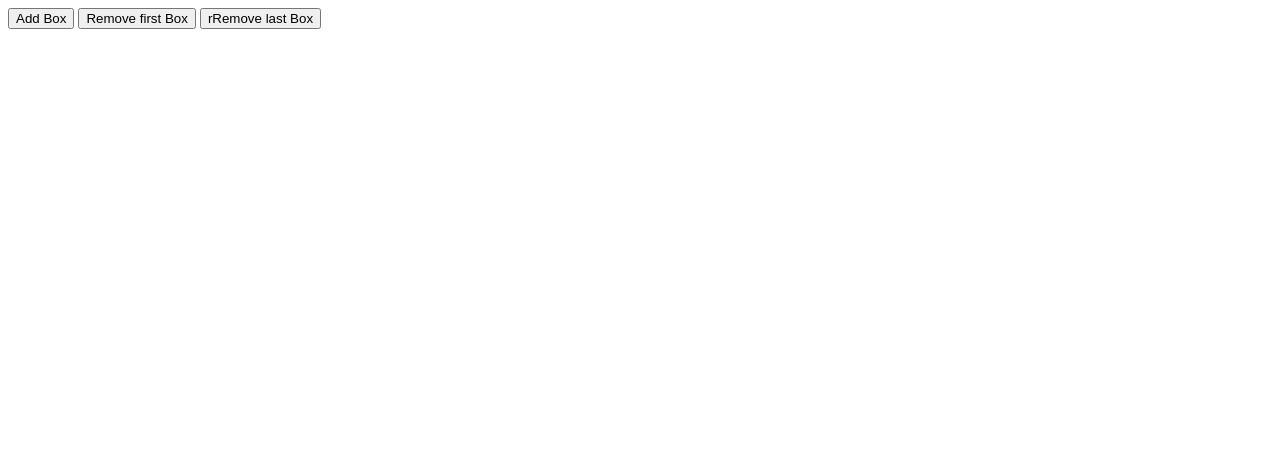
Repository: PankajSutharPersistent/vm-backup
Page: workspaceJavaScript/JSDemo/step-25.html
The author's editor kept a copy of each file at every save. The page is drawn from the files as they stood at one save, then again after the next save.
The browser window is 1280 px wide. The pictures show the whole page.

Above is the page before, as saved 2016-12-30 08:56:39.

After the next save:
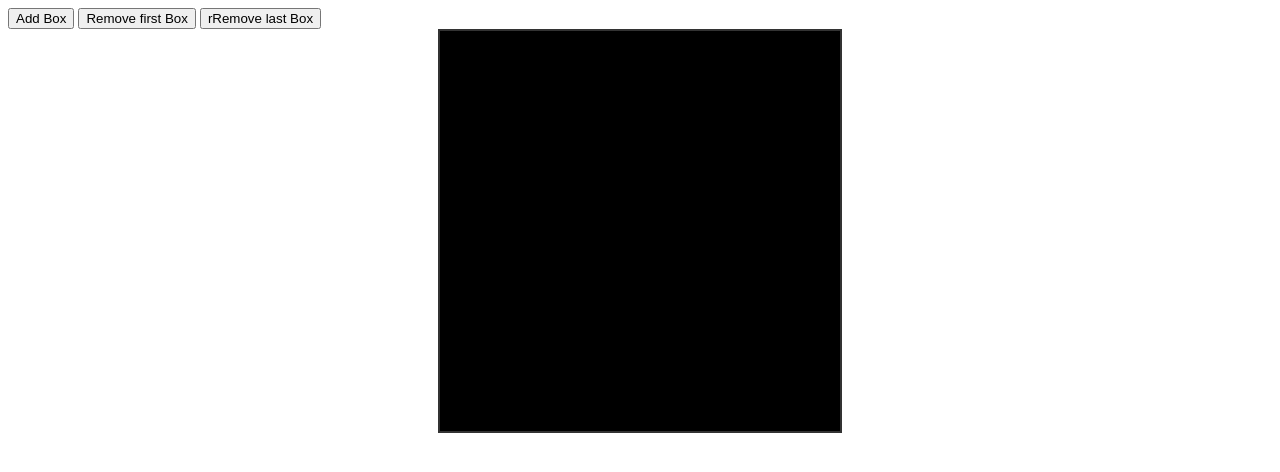
Saved 110 s later.
--- a/workspaceJavaScript/JSDemo/step-25.html
+++ b/workspaceJavaScript/JSDemo/step-25.html
@@ -5,7 +5,12 @@
 	<title>Document</title>
 	<style type="text/css" media="screen">
 		.box{
-
+			background-color: #000000;
+			height: 400px;
+			width: 400px;
+			border: 2px solid #333333;
+			overflow: auto;
+			margin:  auto;
 
 		}
 	</style>
